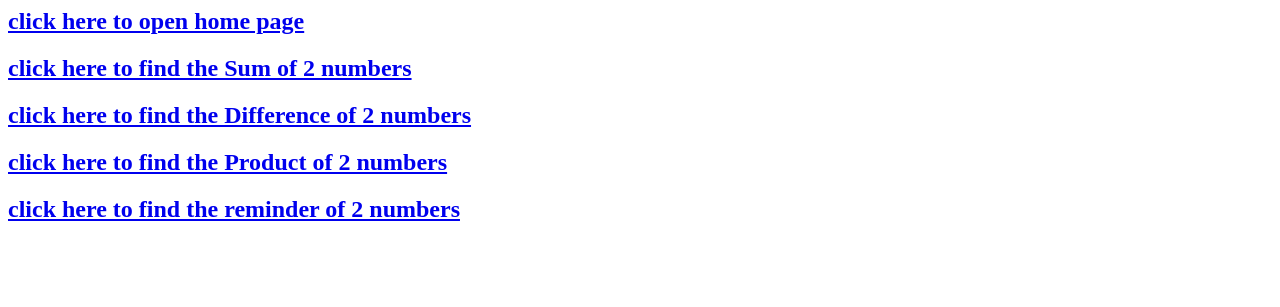
Repository: venkateshvenkeee/springprojects
Page: http://localhost/spring-mvc-demo/
The author's editor kept a copy of each file at every save. The page is drawn from the files as they stood at one save, then again after the next save.
The browser window is 1280 px wide. The pictures show the whole page.
The page is served by Tomcat 9.

Above is the page before, as saved 2024-04-13 09:45:03.

After the next save:
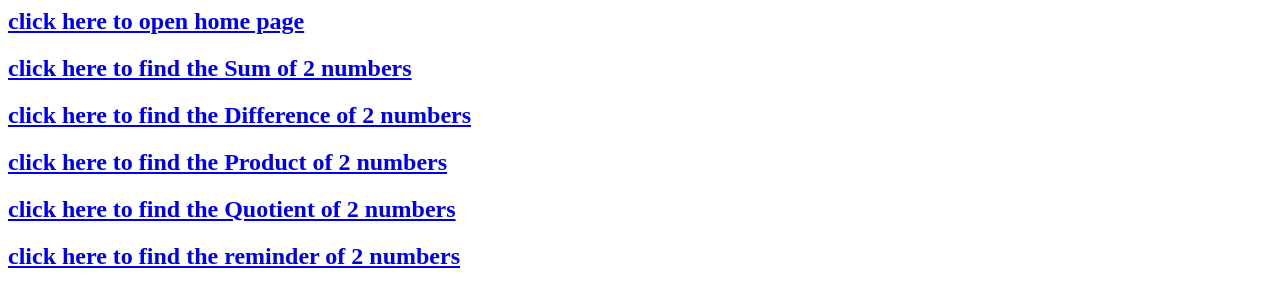
Saved 33 s later.
--- a/spring-mvc-demo/src/main/webapp/WEB-INF/views/index.jsp
+++ b/spring-mvc-demo/src/main/webapp/WEB-INF/views/index.jsp
@@ -13,6 +13,9 @@
 		<a href="open-view?view=findProduct">click here to find the Product of 2 numbers</a>
 	</h2>
 	<h2>
+		<a href="open-view?view=findQuotient">click here to find the Quotient of 2 numbers</a>
+	</h2>
+	<h2>
 		<a href="open-view?view=findReminder">click here to find the reminder of 2 numbers</a>
 	</h2>
 </body>
